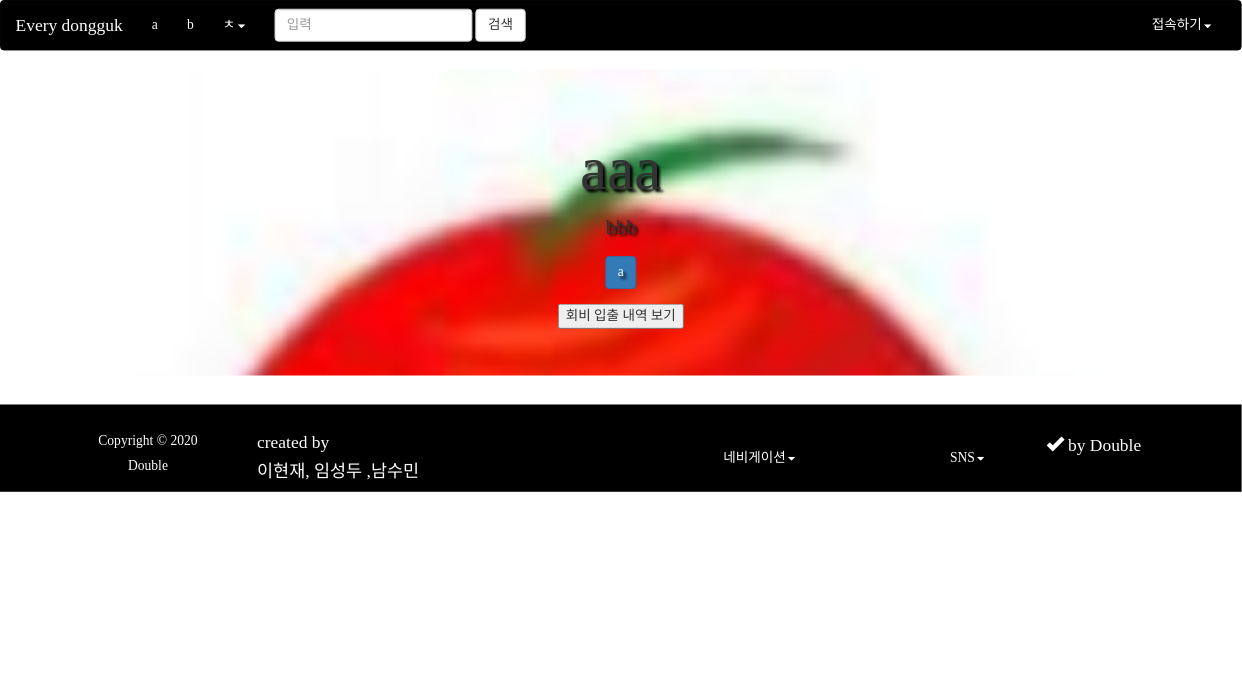
Repository: CSID-DGU/2020-1-ESCD-DOUBLE
Page: http://localhost/web/WEB-INF/views/template/index.jsp
An editor plug-in stored every save of this project. The page is shown before and after the next save, followed by the edit.
The browser window is 1280 px wide. The pictures show the whole page, at 97% of full size.
Some web fonts or font styles are not loaded; a fallback is used. Some web libraries are served in a nearby version. The page is served by Tomcat 9. Nobody is signed in. Other server files are loaded and not shown. The template is opened directly, without the code that normally fills it, so the values that code supplies are empty.

Above is the page before, as saved 2020-05-01 15:38:22.

### web/src/main/webapp/WEB-INF/views/template/index.jsp
<%@ page language="java" contentType="text/html; charset=EUC-KR"
    pageEncoding="EUC-KR"%>
<%@ taglib prefix="c" uri="http://java.sun.com/jsp/jstl/core"%>
<!DOCTYPE html>
<html>
<head>
<meta charset="EUC-KR">
<title>Insert title here</title>
<link rel="stylesheet" href="resources/css/bootstrap.css">
<link rel="stylesheet" href="resources/css/customize.css">
</head>
<body>
<script src="https://code.jquery.com/jquery-3.1.1.min.js"></script>
<script src="resources/js/bootstrap.js"></script>



<style type="text/css">

.jumbotron{
text-shadow:black 0.2em 0.2em 0.2em;
color:white;
background-image:url('images/apple.png');
background-size:cover;
}

</style>
<%@include file="header.jsp"%>
<div class="container">
	<div class="jumbotron" style='background-image:url("resources/images/apple.png")'>
	<c:if test="${Siscouncil=='1' }">

<h1 class="text-center">${bank.getBname() }</h1>
<p class="text-center">${bank.getBrest() }</p>
<center><button onclick="location='/web/purchase'">구매 내역 등록하기</button></center>




	</c:if>
	<c:if test="${Siscouncil=='0'|| empty Siscouncil }">
		<h1 class="text-center">aaa</h1>
		<p class="text-center">bbb</p>
		<p class="text-center"><a class="btn btn-primary bpt-lg" href="#" role="button">a </a></p>
		</c:if>

	<center><button onclick="location='/web/blistall'">회비 입출 내역 보기</button></center>

	</div>




</div>



<%@include file="footer.jsp"%>

</body>
</html>

### web/src/main/webapp/WEB-INF/views/template/header.jsp
<%@ page language="java" contentType="text/html; charset=EUC-KR"
    pageEncoding="EUC-KR"%>
<!DOCTYPE html>
<html>
<head>
<meta charset="EUC-KR">
<title>Insert title here</title>
<link rel="stylesheet" href="resources/css/bootstrap.css">
<link rel="stylesheet" href="resources/css/customize.css">
</head>
<body>
<script src="https://code.jquery.com/jquery-3.1.1.min.js"></script>
<script src="resources/js/bootstrap.js"></script>
<%@taglib prefix= "c" uri= "http://java.sun.com/jsp/jstl/core" %>
<nav class="navbar navbar-default">
	<div class="container-fluid">

		<div class="navbar-header">
			<button type="button" class="navbar-toggle collapsed" data-toggle="collapse"
			data-target="#bs-example-navbar-collapse-1" aria-expanded="false"><!-- 크기를 줄였을때 나타나는 버튼 -->
				<span class="sr-only"></span>
				<span class="icon-bar"></span>
				<span class="icon-bar"></span>
				<span class="icon-bar"></span>
			</button>
			<a class="navbar-brand" href="index">Every dongguk</a>
		</div>

		<div class="collapse navbar-collapse" id="bs-example-navbar-collapse-1"><!-- 네비 중간 대부분을 차지함 -->
			<ul class="nav navbar-nav">
				<li class="active"><a href="a">a<span class="sr-only"></span></a></li>
				<li><a href="#">b</a></li>
				<li class="dropdown">
				<a href="#" class="dropdown-toggle" data-toggle="dropdown" role="button"
				aria-haspopup="true" aria-expanded="false">ㅊ<span class="caret"></span></a><!-- dropdown 연결이 어떤식인지는 모르겠지만 -->
					<ul class="dropdown-menu">
						<li><a href="#">냐옹</a></li>
						<li><a href="#">머멍</a></li>
						<li><a href="#">왈왈</a></li>
					</ul>
				</li>
			</ul>
			<form class="navbar-form navbar-left">
				<div class="form-group">
				<input type="text" class="form-control" placeholder="입력"></div>
				<button type="submit" class="btn btn-default">검색</button>
			</form>

			<ul class="nav navbar-nav navbar-right">
				<li class="dropdown">
					<a href="#" class="dropdown-toggle" data-toggle="dropdown" role="button"
					aria-haspopup="true" aria-expanded="false"><c:if test="${empty Sid }">접속하기</c:if><c:if test="${not empty Sid }">${Sid }</c:if><span class="caret"></span></a>
					<ul class="dropdown-menu">

					<c:choose>
					<c:when test="${empty Sid }">
						<li><a href="login_form">로그인</a></li>
						<li><a href="register_form">회원가입</a></li>
					</c:when>
					<c:otherwise>
						<li><a href="logout">로그아웃</a></li>
						<li><a href="mypage">마이페이지(${Sid})</a></li>
						</c:otherwise>
						</c:choose>

					</ul>

				</li>
			</ul>

		</div>
	</div>
</nav>



</body>
</html>

### web/src/main/webapp/WEB-INF/views/template/footer.jsp
<%@ page language="java" contentType="text/html; charset=EUC-KR"
    pageEncoding="EUC-KR"%>
<!DOCTYPE html>
<html>
<head>
<meta charset="EUC-KR">
<title>Insert title here</title>
<link rel="stylesheet" href="resources/css/bootstrap.css">
<link rel="stylesheet" href="resources/css/customize.css">
</head>
<body>
<script src="https://code.jquery.com/jquery-3.1.1.min.js"></script>
<script src="resources/js/bootstrap.js"></script>

<style type="text/css">
#footul ,#footul2{
color:white;}
#footul:hover ,#footul2:hover{

background-color:black;


}
#footul:focus,#footul2:hover{
background-color:black;}

</style>

<footer style="background-color: #000000;color:#ffffff">
	<div class="container">
		<br>
		<div class="row">
			<div class="col-sm-2" style="text-align: center;"><h5>Copyright &copy; 2020</h5><h5>Double </h5></div>
			<div class="col-sm-4"><h4>created by<h4><p>이현재, 임성두 ,남수민</p></div>
			<div class="col-sm-2"><h4 style="text-align:center;"></h4>

						<ul class="nav navbar-nav navbar-right">
				<li class="dropdown">
					<a href="#" class="dropdown-toggle" data-toggle="dropdown" role="button"
					aria-haspopup="true" aria-expanded="false" id="footul">네비게이션<span class="caret"></span></a>
					<ul class="dropdown-menu">
						<li><a href="#">냐옹</a></li>
						<li><a href="#">멍멍</a></li>
					</ul>

				</li>
			</ul>
			</div>
			<div class="col-sm-2"><h4 style="text-align:center;"></h4>



							<ul class="nav navbar-nav navbar-right">
				<li class="dropdown">
					<a href="#" class="dropdown-toggle" data-toggle="dropdown" role="button"
					aria-haspopup="true" aria-expanded="false" id="footul2">SNS<span class="caret"></span></a>
					<ul class="dropdown-menu">
						<li><a href="#">뭔가 개발자 이메일 보내기?</a></li>
						<li><a href="#">뭐 그런거...</a></li>
					</ul>

				</li>
			</ul>

			</div>
			<div class="col-sm-2"><h4 style="text-align:center;"><span class="glyphicon glyphicon-ok"></span>&nbsp;by Double</h4></div>
	</div>


</div>
</footer>


</body>
</html>

### web/src/main/webapp/resources/css/customize.css
@import url(http://fonts.googleapis.com/earlyaccess/nanumgothic.css);
*{font-family:'Nanum Gothic';}
a{
	color:#000000;
	text-decoration:none;
}
a:hover{
	color:#bbbbbb;
	text-decoration:none;
	cursor:pointer;
}
.navbar-default{/*까만색!*/
	background-color:#000000;
	border-color:#000000;
}
.navbar-default .navbar-brand{
	color:#ffffff;/*하얀색!*/
}
.navbar-default .navbar-brand:hover,
.navbar-default .navbar-brand:focus{
	background-color:transparent;
	color:#bbbbbb;
}
.navbar-default .navbar-nav> .active>a,
.navbar-default .navbar-nav> .active>a:hover,
.navbar-default .navbar-nav> .active>a:focus{
	color:white;
	background-color:#000000;
}
.navbar-default .navbar-nav> li>a:hover,
.navbar-default .navbar-nav> li>a:focus{
	color:#bbbbbb;
}
.navbar-default .navbar-nav> .open>a,
.navbar-default .navbar-nav> .open>a:hover,
.navbar-default .navbar-nav> .open>a:focus{
	color:#000000;
	background-color:#ffffff;
	text-decoration:none;
}
.navbar-default .navbar-nav>li>a{
	color:white;
}
@media(max-width:767px){
	.navbar-default .navbar-nav .open .dropdown-menu>li>a{
	color:#ffffff;}
	.navbar-default .navbar-nav .open .dropdown-menu>li>a:hover,
	.navbar-default .navbar-nav .open .dropdown-menu>li>a:focus{
	color:#bbbbbb;}

}

Loaded but not shown: web/src/main/webapp/resources/css/bootstrap.css (library); web/src/main/webapp/resources/js/bootstrap.js (library)

After the next save:
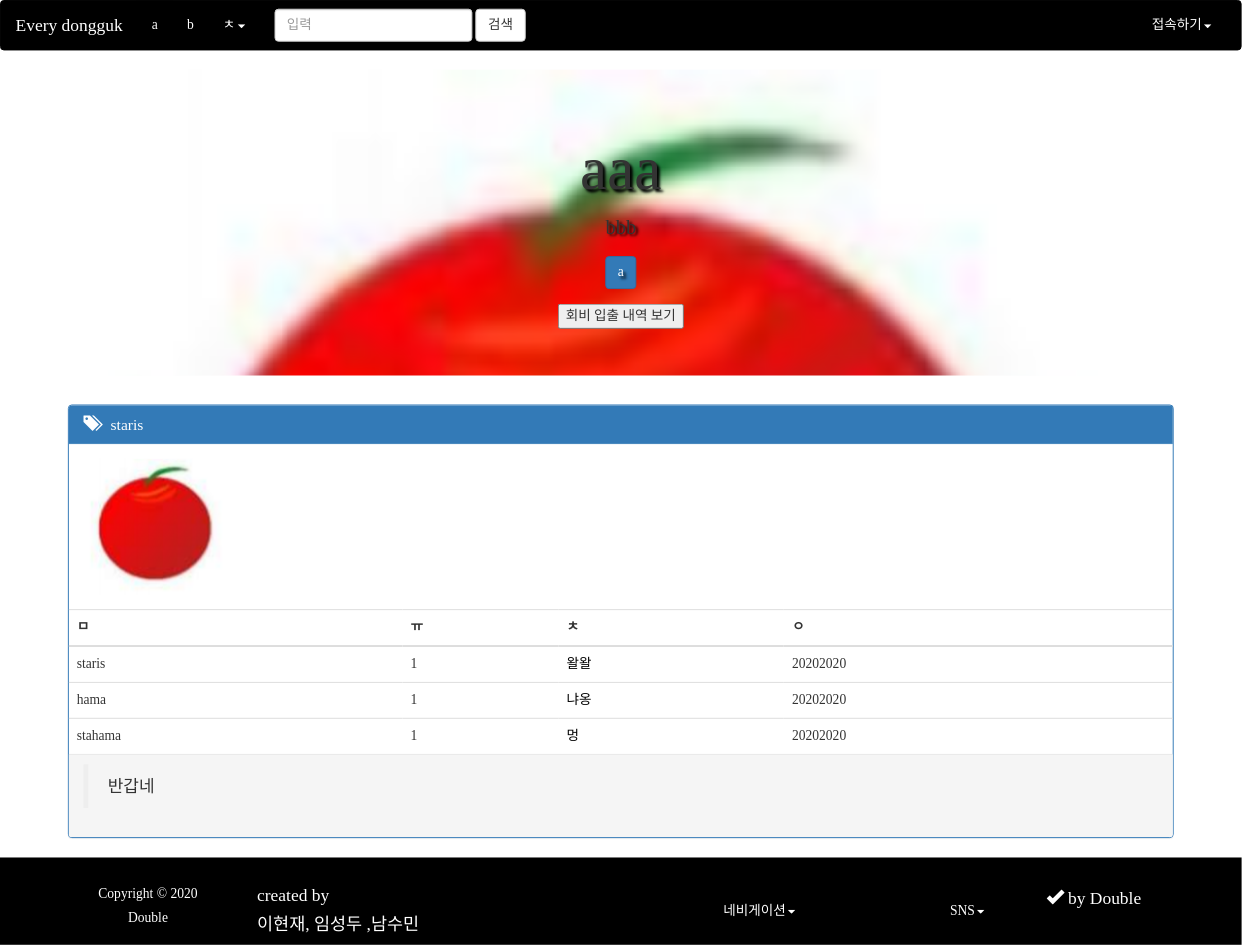
Saved 21 s later.
--- a/web/src/main/webapp/WEB-INF/views/template/index.jsp
+++ b/web/src/main/webapp/WEB-INF/views/template/index.jsp
@@ -53,6 +53,66 @@ background-size:cover;
 
 </div>
 
+<div class="container">
+	<div class="row">
+		<div class="col-xs-12">
+		<div class="panel panel-primary">
+		<div class="panel-heading">
+			<h3 class="panel-title">
+				<span class="glyphicon glyphicon-tags"></span>
+				&nbsp;&nbsp;staris
+			</h3>
+		</div>
+		<div class="panel-body">
+			<div class="media">
+				<div class="media-left">
+					<a href="#">
+						<img class="media-object" src="images/apple.png" alt="개발자 이미지">
+
+					</a>
+				</div>
+
+
+			</div>
+		</div>
+		<table class="table">
+			<thead>
+			<tr>
+				<th>ㅁ</th>
+				<th>ㅠ</th>
+				<th>ㅊ</th>
+				<th>ㅇ</th>
+			</tr>
+			</thead>
+			<tbody>
+				<tr>
+				<td>staris</td>
+				<td>1</td>
+				<td><a href="">왈왈</a></td>
+				<td>20202020</td>
+				</tr>
+				<tr>
+				<td>hama</td>
+				<td>1</td>
+				<td><a href="">냐옹</a></td>
+				<td>20202020</td>
+				</tr>
+				<tr>
+				<td>stahama</td>
+				<td>1</td>
+				<td><a href="">멍</a></td>
+				<td>20202020</td>
+				</tr>
+
+			</tbody>
+		</table>
+			<div class="panel-footer">
+					<blockquote>반갑네</blockquote>
+			</div>
+
+		</div></div>
+	</div>
+</div>
 
 
 <%@include file="footer.jsp"%>
